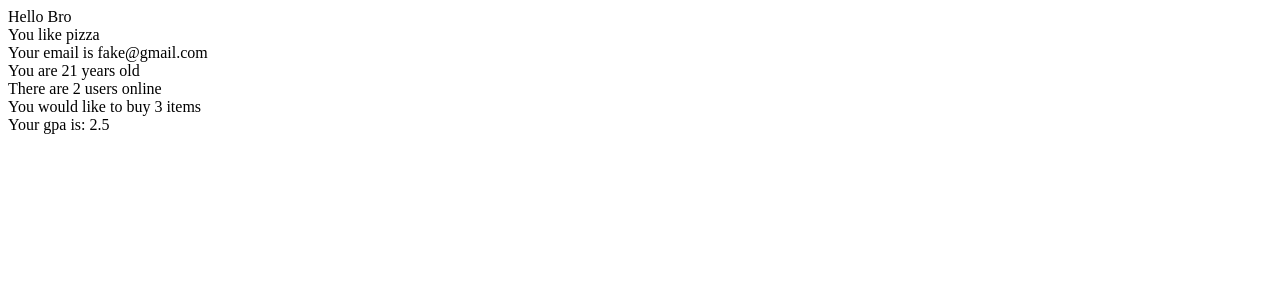
Repository: PannDev/BelajarPHP
Page: http://localhost/BroCode/2 - Variable/index.php
An editor plug-in stored every save of this project. The page is shown before and after a run of saves, followed by the edit.
The browser window is 1280 px wide. The pictures show the whole page.
The page is run by PHP 8.4 with error messages shown; the project is at /var/www/html/.

Above is the page before, as saved 2026-10-10 17:03:18.

After the next 2 saves:
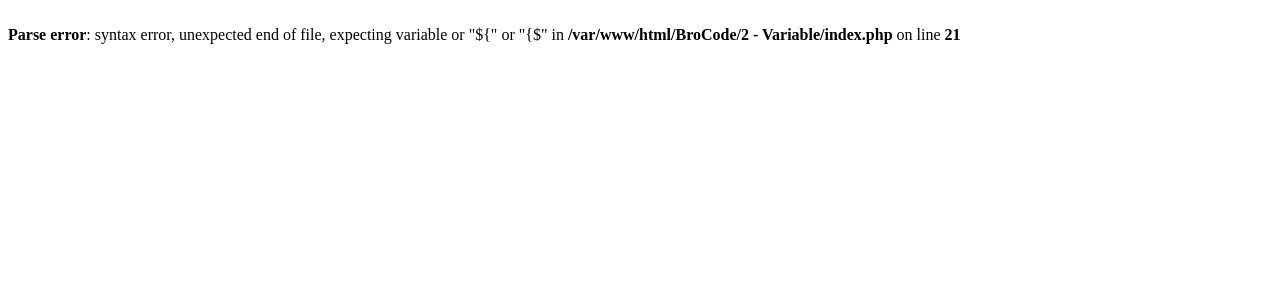
The 2 saves are shown as one change because they came seconds apart.
The last was saved 8 s later.
--- a/BroCode/2 - Variable/index.php
+++ b/BroCode/2 - Variable/index.php
@@ -16,6 +16,6 @@
     echo "There are {$users} users online <br>";
     echo "You would like to buy 3 items <br>";
     echo "Your gpa is: {$gpa}";
-    echo ""
+    echo "Your pizza is \"
 
 ?>

After the 2 saves that followed:
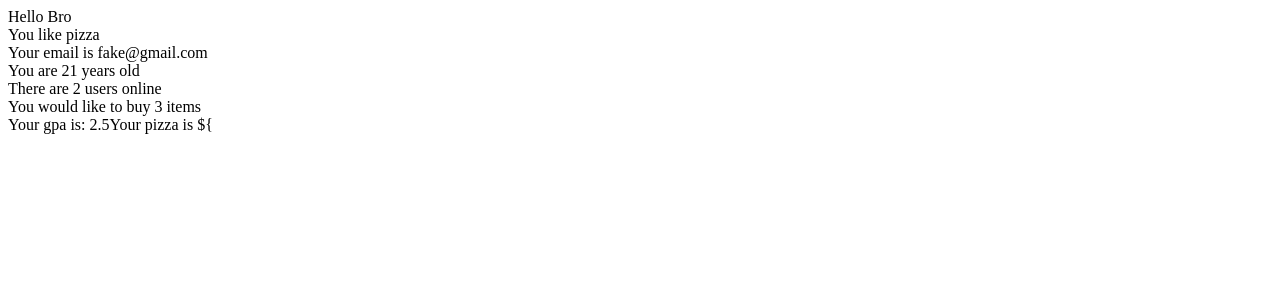
The 2 saves are shown as one change because they came seconds apart.
The last was saved 5 s later.
--- a/BroCode/2 - Variable/index.php
+++ b/BroCode/2 - Variable/index.php
@@ -16,6 +16,6 @@
     echo "There are {$users} users online <br>";
     echo "You would like to buy 3 items <br>";
     echo "Your gpa is: {$gpa}";
-    echo "Your pizza is \"
+    echo "Your pizza is \${"
 
 ?>
